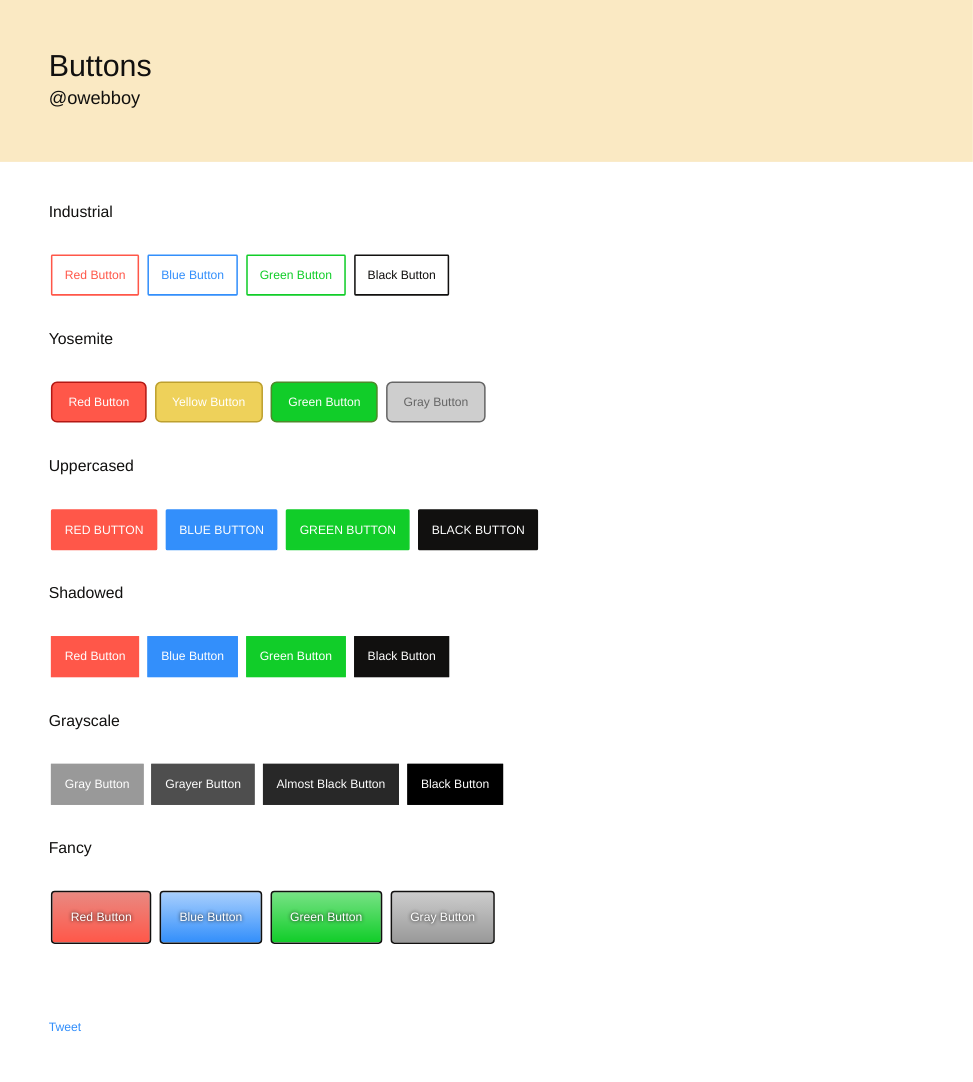
Repository: TheJaredWilcurt/buttons
Page: index.html
The author's editor kept a record of every edit. The page is drawn from the files as they stood at one moment, then again after the next edit.
The browser window is 1280 px wide. The pictures show the whole page, at 76% of full size.

Above is the page before.

After the next edit:
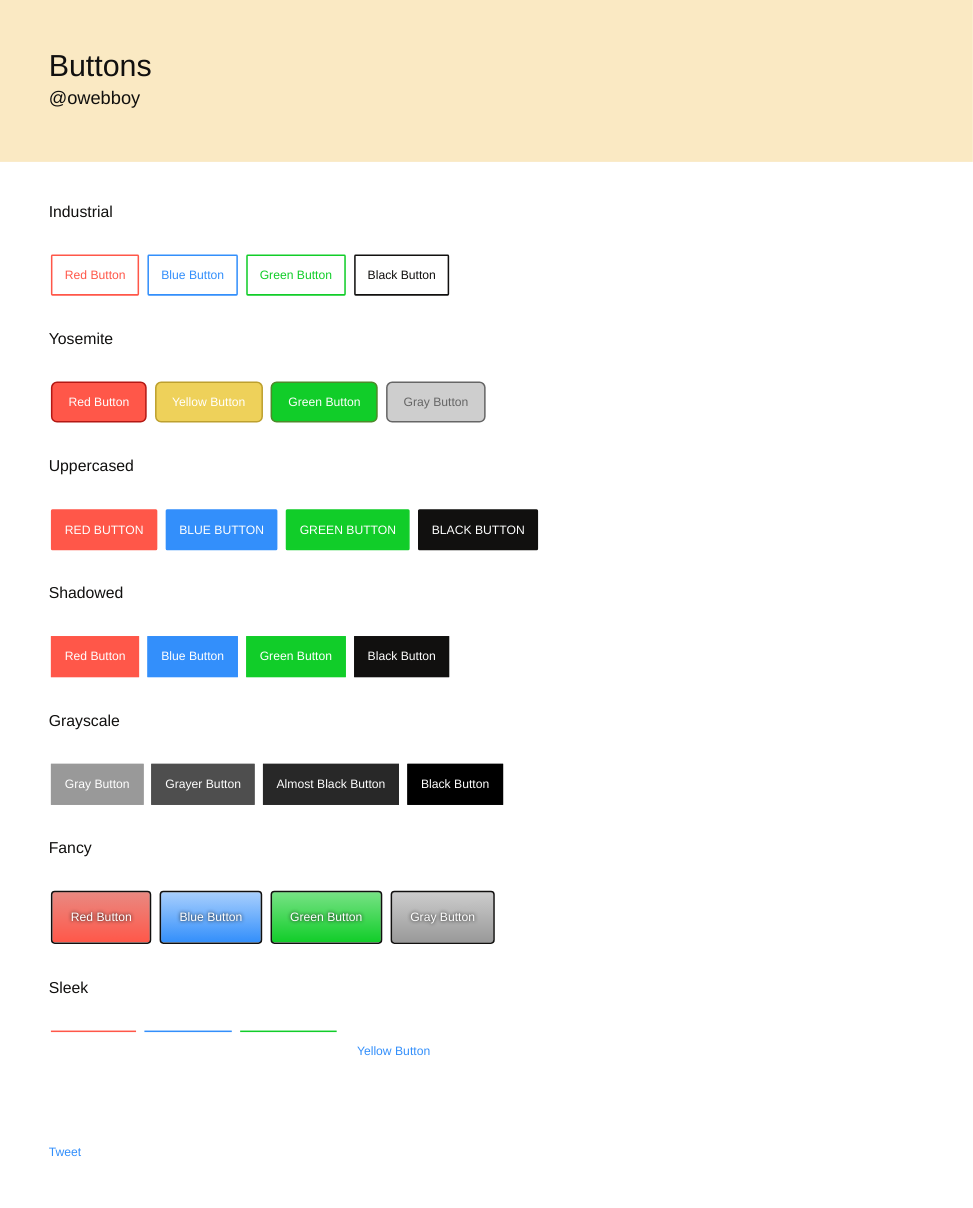
The edit:
--- a/index.html
+++ b/index.html
@@ -73,6 +73,15 @@
 				<a class="btn fancy-green" href="#">Green Button</a>
 				<a class="btn fancy-gray" href="#">Gray Button</a>
 			</section>
+
+			<section id="sleek">
+				<h3>Sleek</h3>
+
+				<a class="btn sleek-red" href="#">Red Button</a>
+				<a class="btn sleek-blue" href="#">Blue Button</a>
+				<a class="btn sleek-green" href="#">Green Button</a>
+				<a class="btn sleek-yellow" href="#">Yellow Button</a>
+			</section>
 		</div>
 
 		<footer>
